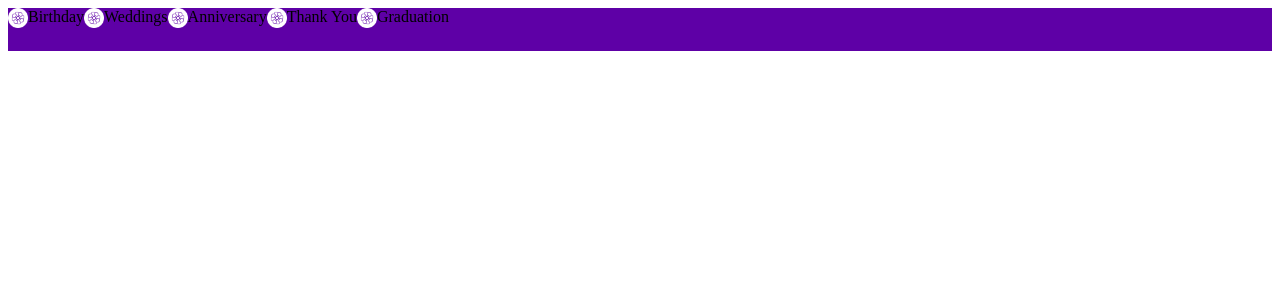
Repository: KolawoleTemilade/classroom-learning
Page: newarrival/index.html
These files come from the project's save history. The page is drawn as it stood at one moment and after a run of saves; the edit follows.
The browser window is 1280 px wide. The pictures show the whole page.

Above is the page before, as saved 2025-10-01 01:15:20.

After the next 3 saves:
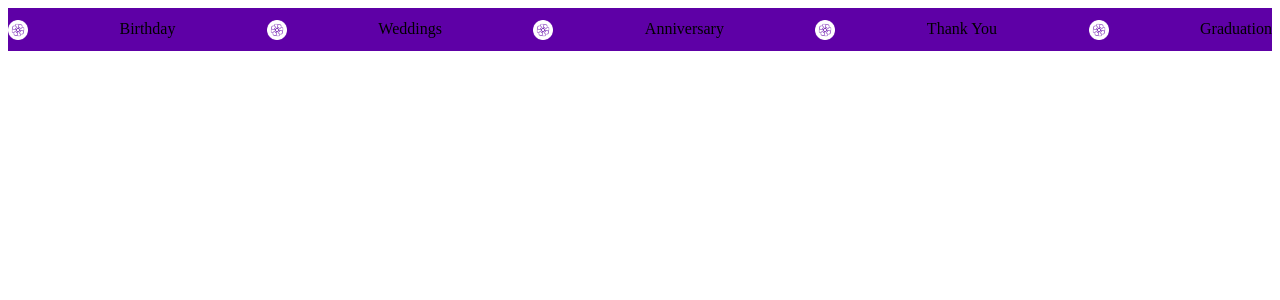
The 3 saves are shown as one change because they came seconds apart.
The last was saved 20 s later.
--- a/newarrival/style.css
+++ b/newarrival/style.css
@@ -1,8 +1,7 @@
 .marq-sect{
     background-color: #5E00A6;
     height:6vh;
-    width: 100%;
-    display: flex;
+
     align-content: center;
     justify-content: space-between;
 

After the save that followed:
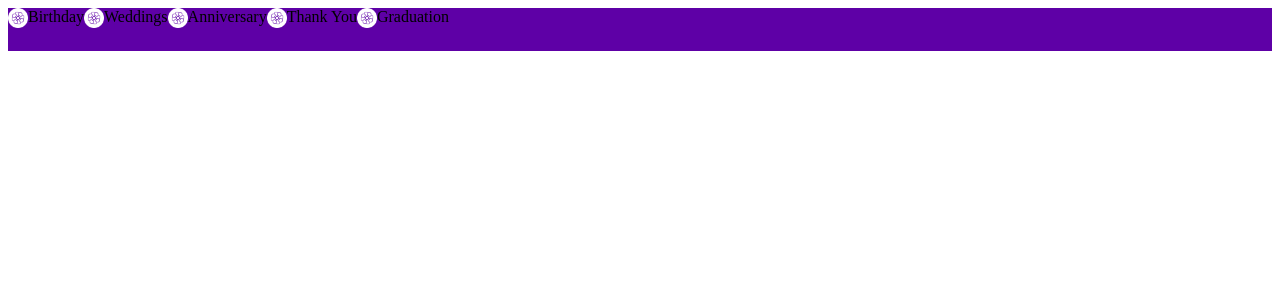
Saved 5 s later.
--- a/newarrival/style.css
+++ b/newarrival/style.css
@@ -1,7 +1,7 @@
 .marq-sect{
     background-color: #5E00A6;
     height:6vh;
-
+    display: flex;
     align-content: center;
     justify-content: space-between;
 
